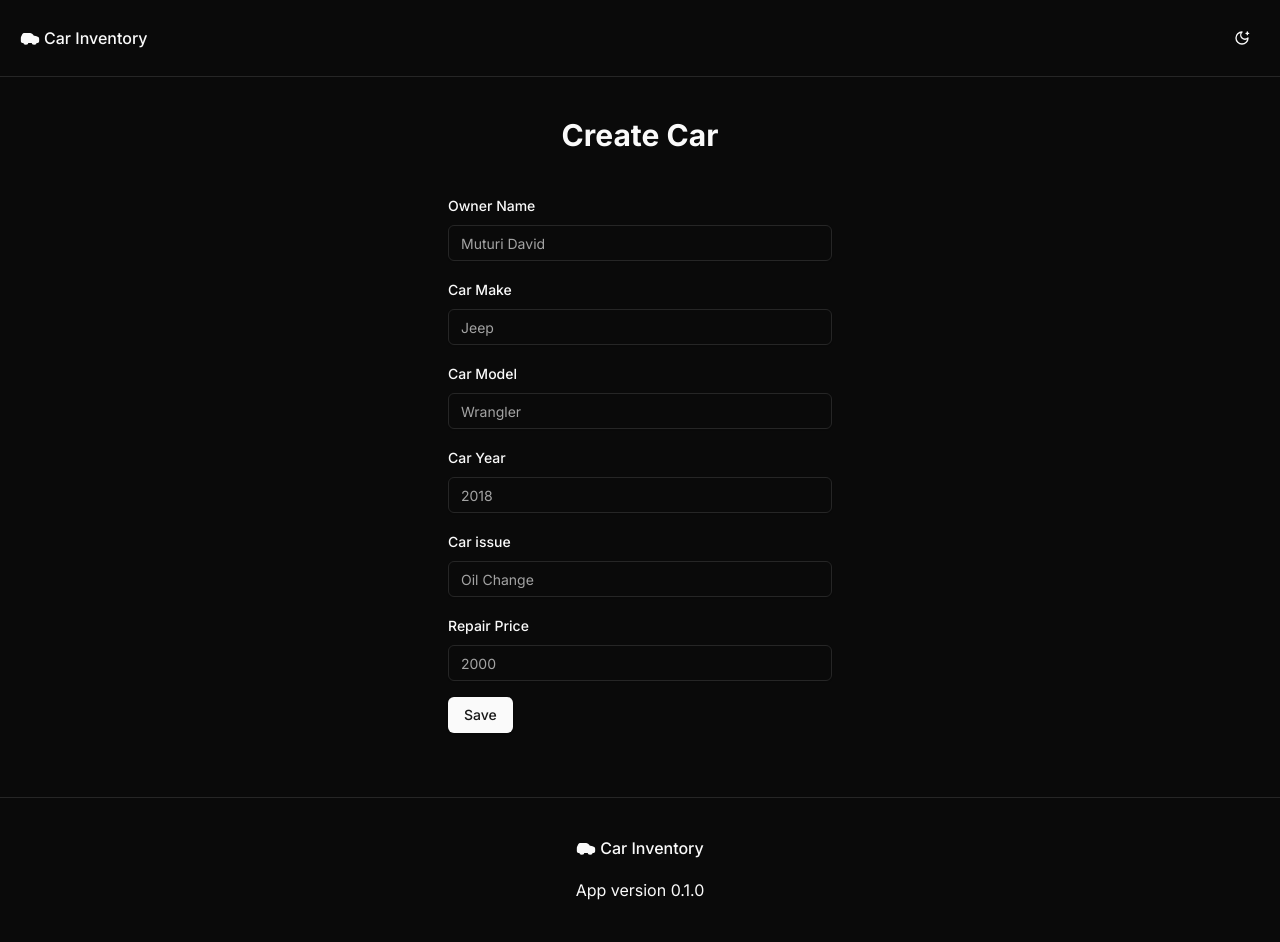
Repository: tushcmd/car-inventory
Page: /create (app in frontend/)
The author's editor kept a copy of each file at every save. The page is drawn from the files as they stood at one save, then again after the next save.
The browser window is 1280 px wide. The pictures show the whole page.
The project was rebuilt for these pictures with package versions that can differ from the ones it lists, and the page was loaded fresh each time. The framework's server and built-in components were replaced by stand-ins that run in the browser. Also part of the build but not shown: frontend/next.config.mjs.

Above is the page before, as saved 2024-05-20 17:47:42.

After the next save:
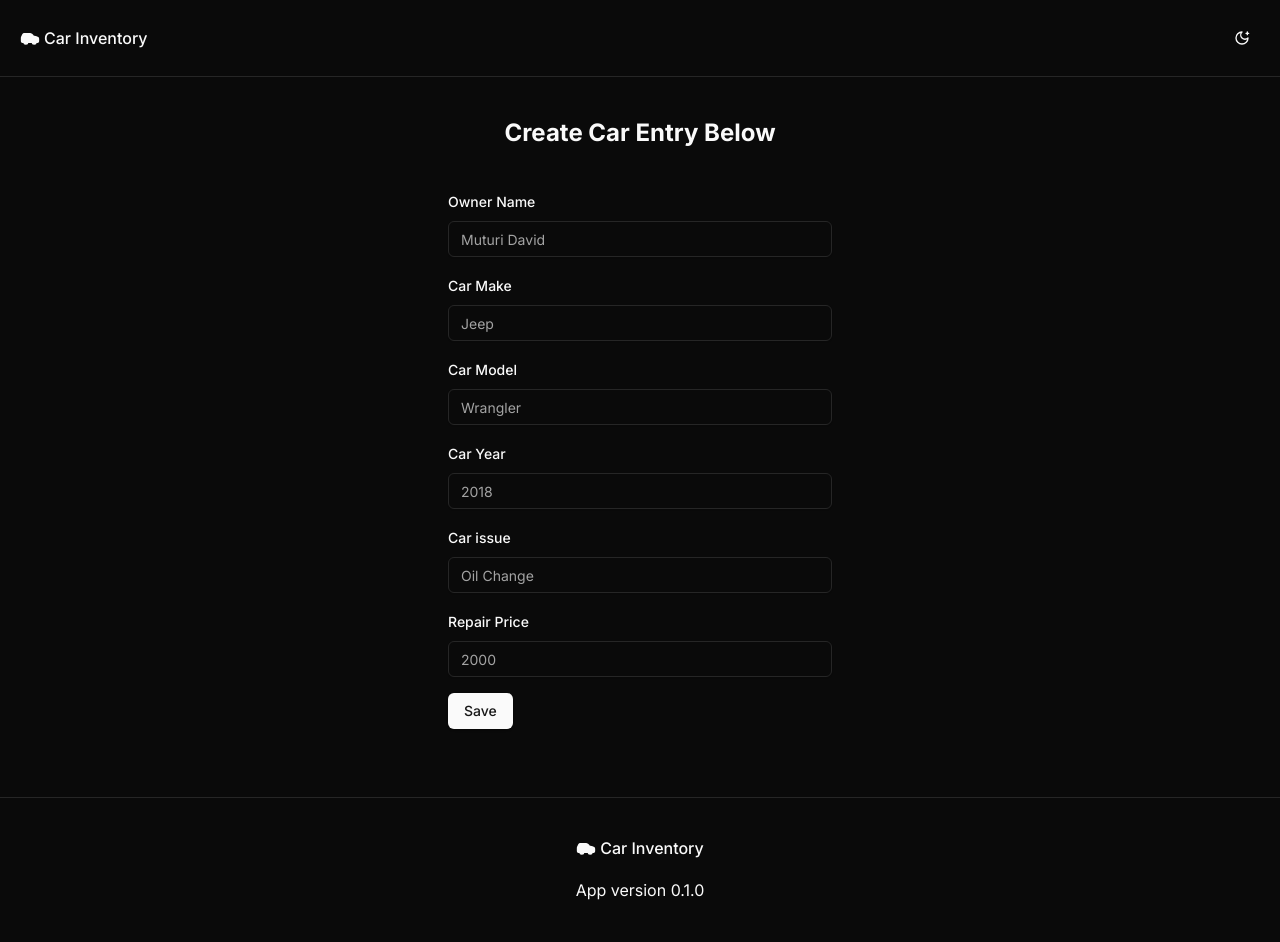
Saved 3 min 41 s later.
--- a/frontend/components/create-car.tsx
+++ b/frontend/components/create-car.tsx
@@ -74,7 +74,7 @@
   return (
     <div className="container flex flex-col gap-6 mx-auto items-center justify-center">
 
-      <h1 className="text-3xl font-bold">Create Car</h1>
+      <h1 className="text-2xl font-bold items-start">Create Car Entry Below</h1>
       <Form {...form}>
         <form onSubmit={form.handleSubmit(onSubmit)} className="w-full space-y-4 py-4 sm:w-[24rem]">
           <FormField

After the save that followed:
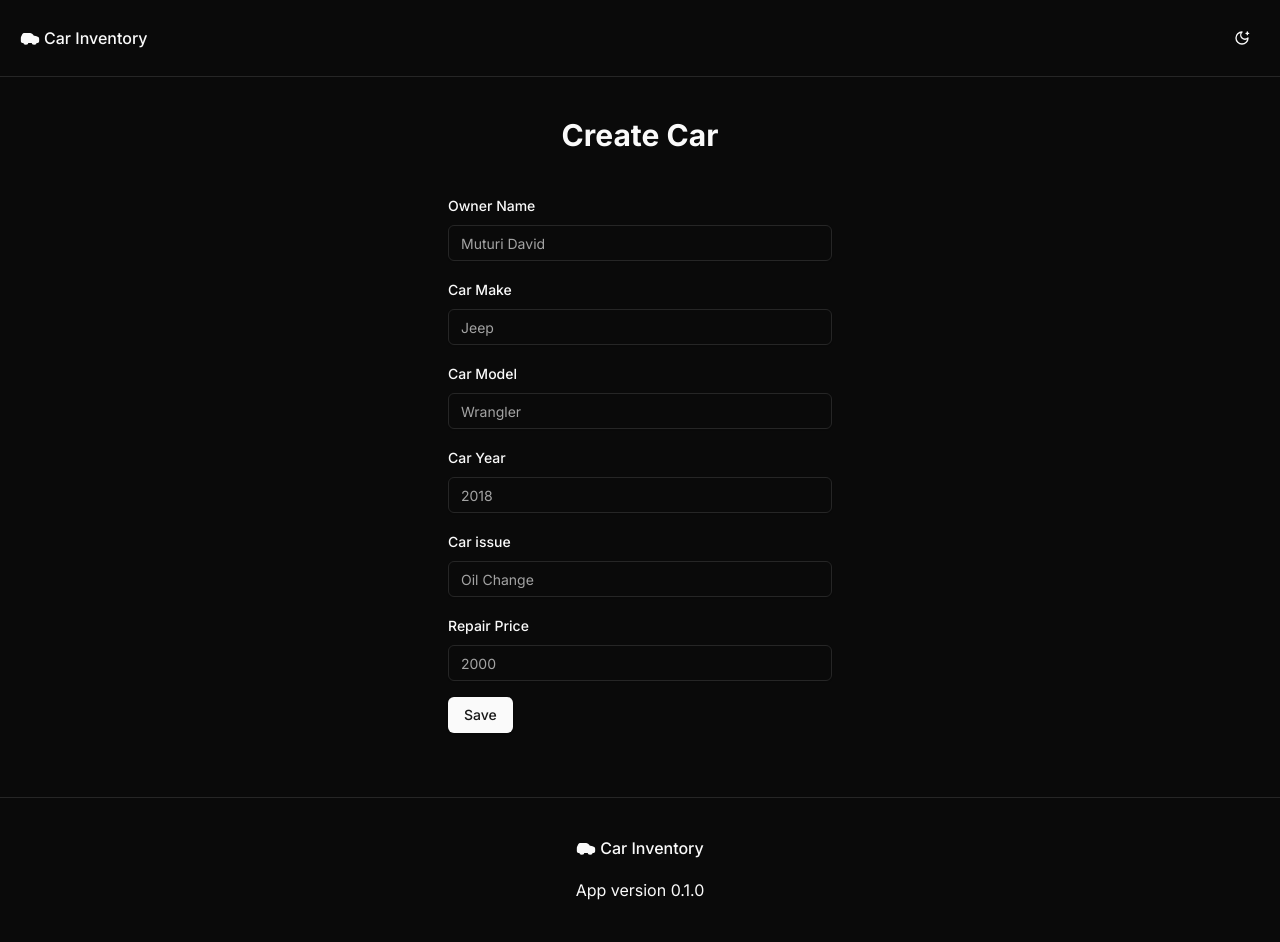
Saved 19 s later.
--- a/frontend/components/create-car.tsx
+++ b/frontend/components/create-car.tsx
@@ -74,7 +74,7 @@
   return (
     <div className="container flex flex-col gap-6 mx-auto items-center justify-center">
 
-      <h1 className="text-2xl font-bold items-start">Create Car Entry Below</h1>
+      <h1 className="text-3xl font-bold">Create Car</h1>
       <Form {...form}>
         <form onSubmit={form.handleSubmit(onSubmit)} className="w-full space-y-4 py-4 sm:w-[24rem]">
           <FormField
